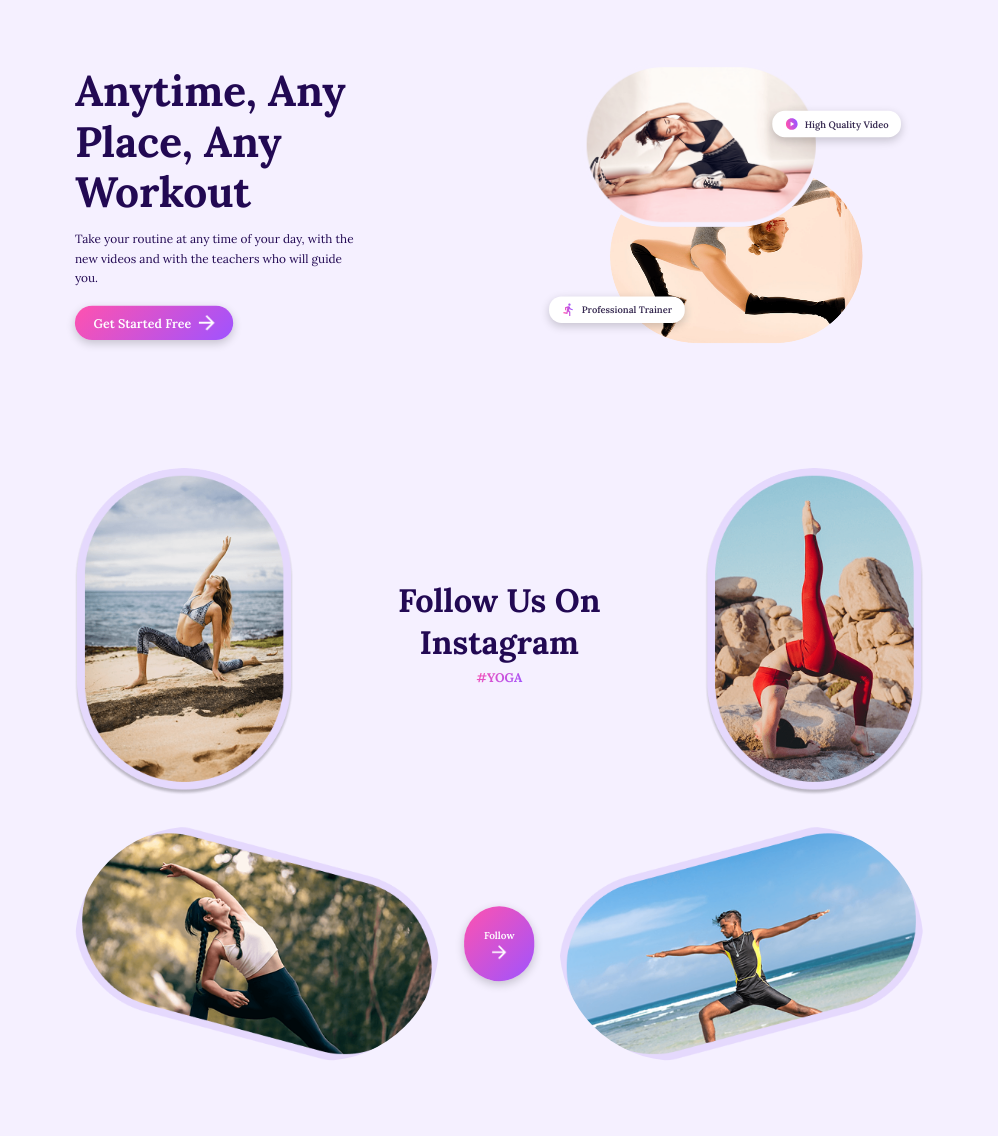
Repository: EunsuhJeon/responsive-yoga-website
Page: index.html
An editor plug-in stored every save of this project. The page is shown before and after the next save, followed by the edit.
The browser window is 1280 px wide. The pictures show the whole page, at 78% of full size.

Above is the page before, as saved 2025-11-26 00:48:48.

After the next save:
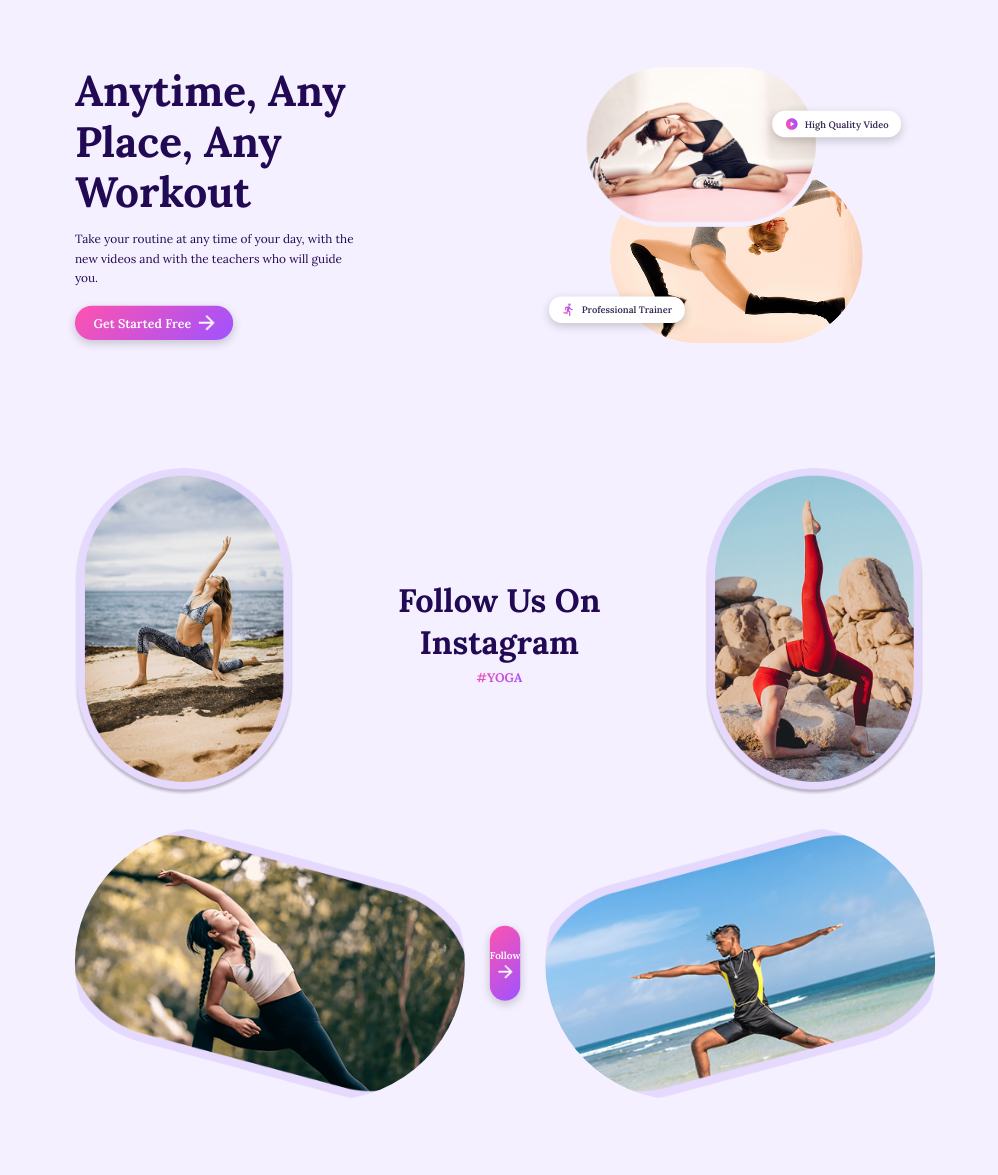
Saved 7 s later.
--- a/main.css
+++ b/main.css
@@ -299,7 +299,7 @@ button:active,
 .seccion-5-img-bl,
 .seccion-5-img-br {
   width: 500px;
-  height: 300px;
+  height: 350px;
 }
 
 /* Botón circular central */
